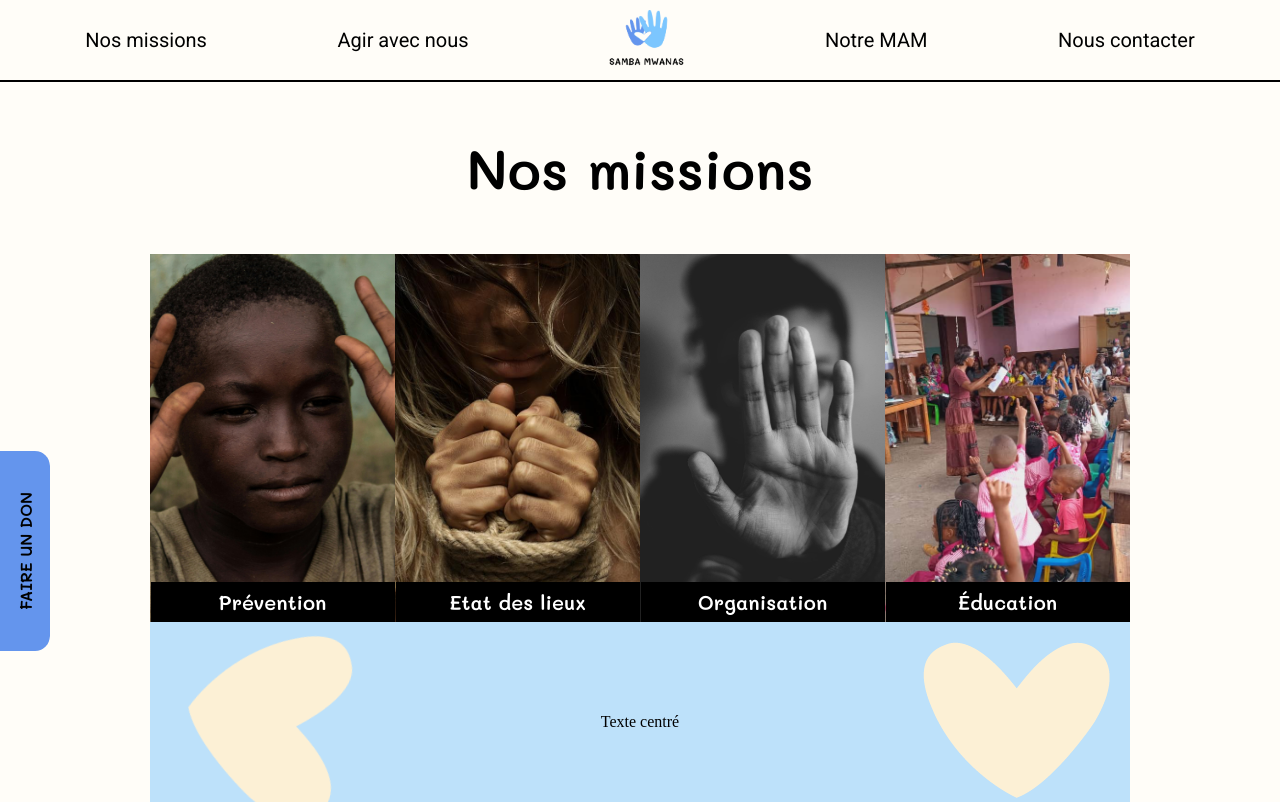
Repository: Danie-lDasilva/Samba-Mwanas
Page: Nos missions.html
These files come from the project's save history. The page is drawn as it stood at one moment and after the next save; the edit follows.
The browser window is 1280 px wide. The pictures show the part of the page from y = 0 to 802 px (the page is 1537 px tall).
A picture or video elsewhere on the page could not be fetched, so the positions and the page height are approximate.

Above is the page before, as saved 2025-03-07 09:51:18.

### Nos missions.html
<!DOCTYPE html>
<html lang="fr">
<head>
    <meta charset="UTF-8">
    <meta name="viewport" content="width=device-width, initial-scale=1.0">
    <title>Nos Missions</title>
    <link rel="preconnect" href="https://fonts.googleapis.com">
    <link rel="preconnect" href="https://fonts.gstatic.com" crossorigin>
    <link href="https://fonts.googleapis.com/css2?family=Mali:wght@600&family=Roboto:ital,wdth@0,75;1,75&display=swap" rel="stylesheet">

    <link rel="stylesheet" href="assets/css/Nos missions.css">
    <link rel="stylesheet" href="assets/css/style.css">
</head>
<body>
    <header>
        <nav>
            <ul>
                <li>
                    <a href="Nos missions.html">Nos missions</a>
                </li>
                <li>
                    <a href="Agir avec nous.html">Agir avec nous</a>
                </li>
                <li class="Logo">
                    <a href="index.html">
                        <img src="assets/img/Fichier 2.png" alt="Logo Samba Mwanas, retour à l'accueil">
                    </a>
                </li>
                <li>
                    <a href="Notre MAM.html">Notre MAM</a>
                </li>
                <li>
                    <a href="Nous contacter.html">Nous contacter</a>
                </li>
            </ul>
        </nav>
    </header>

    <main>
        <h1>
            Nos missions
        </h1>

        <div class="box1">
            <div class="image-container">
                <img src="assets/img/pexels-kingcyrusstudios-6863137.jpg" alt="Photo d'un enfant de couleur noir qui lève les mains">
                <div class="overlay">Prévention contre toutes formes de violences dirigées contre l'enfant et le jeune</div>
                <strong>
                    Prévention
                </strong>
            </div>
            <div class="image-container">
                <img src="assets/img/engin-akyurt-l1clu1ZKjSw-unsplash.jpg" alt="Photo d'une femme les points ligotés">
                <div class="overlay">Etat des lieux des abus et violences</div>
                <strong>
                    Etat des lieux
                </strong>
            </div>
            <div class="image-container">
                <img src="assets/img/nadine-e-DRzYMtae-vA-unsplash.jpg" alt="">
                <div class="overlay">Organisation de campagne de sensibilisation</div>
                <strong>
                    Organisation
                </strong>
            </div>
            <div class="image-container">
                <img src="assets/img/Leçon Enfantss.jpg" alt="Photo d'une dame qui fait une leçon aux enfants">
                <div class="overlay">Éducation préventive du jeune et de  l'enfant</div>
                <strong>
                    Éducation
                </strong>
            </div>
        </div>

        <div class="custom-box">
            <div class="side1">
                <img src="assets/img/Fichier 3.png" alt="Illustration coeur beige" class="side-image side1">
            </div>
            <p class="center-text">Texte centré</p>
            <div>
                <img src="assets/img/Fichier 3.png" alt="Illustration coeur beige" class="side-image side2">
            </div>
        </div>

        <div class="box2">
            <div class="image-container">
                <img src="assets/img/heping-EZ4dXMnhqkk-unsplash.jpg" alt="">
                <div class="overlay">Accompagnement médical et juridique des victimes </div>
                <strong>
                    Accompagnement
                </strong>
            </div>
            <div class="image-container">
                <img src="assets/img/muhammad-taha-ibrahim-FHe6qW0KX24-unsplash.jpg" alt="Photo en noir et blanc d'une enfant de couleur de peau noir">
                <div class="overlay">Suivi psychologique des victimes (consueling)</div>
                <strong>
                    Suivi
                </strong>
            </div>
            <div class="image-container">
                <img src="assets/img/nadine-e-DRzYMtae-vA-unsplash.jpg" alt="">
                <div class="overlay">Publication et plaidoyer auprès des organisations publiques et privées</div>
                <strong>
                    Publication
                </strong>
            </div>
            <div class="image-container">
                <img src="assets/img/jeffrey-riley-dsN1oZVba48-unsplash.jpg" alt="">
            </div>
        </div>

        <div id="Don" class="Don">
            <a href="https://www.helloasso.com/associations/association-samba-mwanas/formulaires/1">FAIRE UN DON</a>
        </div>
    </main>

    <footer>
        <div class="Footer">

        <div class="FooterInfos">
            <div class="Lien">
                <p class="titre">
                    Navigation
                </p>

                <nav class="InfoMarge">
                    <ul>
                        <li>
                            <a href="Nos missions.html">Nos missions</a>
                        </li>

                        <li>
                            <a href="Agir avec nous.html">Agir avec nous</a>
                        </li>

                        <li>
                            <a href="Notre MAM.html">Notre MAM</a>
                        </li>

                        <li>
                            <a href="Nous contacter.html">Nous contacter</a>
                        </li>
                    </ul>
                </nav>
            </div>

            <div class="Lien">
                <p class="titre">
                    Informations
                </p>

                <nav>
                    <ul>
                        <li>
                            <a href="Politique de confidentialité.html">Politique de confidentialité</a>
                        </li>

                        <li>
                            <a href="Plan du site.html">Plan du site</a>
                        </li>

                        <li>
                            <a href="Mentions légales.html">Mentions légales</a>
                        </li>
                    </ul>
                </nav>
            </div>
        </div>

        <div class="FooterCentre">
            <div class="FooterDon">
                <a href="https://www.helloasso.com/associations/association-samba-mwanas/formulaires/1">Faire un don</a>
            </div>

            <div class="FooterLogo">
                <img src="assets/img/LOGO_Logo principal.svg" alt="Logo Samba Mwanas, Retour à l'acceuil">
            </div>
        </div>

        <div class="FooterInfos">
            <nav class="FooterRéseaux">
                <ul>
                    <li>
                        <a href="https://www.facebook.com/Sambamwanas?locale=fr_FR">
                            <img src="assets/img/facebook.png" alt="Logo facebook, Lien vers le facebook de Samba Mwanas">
                        </a>
                    </li>

                    <li>
                        <a href="https://www.tiktok.com/@ong.samba.mwanas">
                            <img src="assets/img/instagram.png" alt="Logo instagram, Lien vers la page instagram de Samba Mwanas">
                        </a>
                    </li>

                    <li>
                        <a href="#">
                            <img src="assets/img/tik-tok.png" alt="Logo tiktok, Lien vers la page Tiktok de Samba Mwanas">
                        </a>
                    </li>
                </ul>
            </nav>

            <p>
                ong.sambamwanas@gmail.com
            </p>


            <div class="FooterContact">
                <div>
                    <img src="assets/img/france.png" alt="Drapeau de France" class="FooterDrapeau">
                </div>

                <div>
                    <p>
                        07 53 14 03 90
                    </p>

                    <p>
                        3 Rue de la Rosière, <br>
                        Bâtiment C, Appartement 9 <br>
                        33320 Eysines
                    </p>
                </div>
            </div>

            <div class="FooterContact">
                <div>
                    <img src="assets/img/gabon.png" alt="Drapeau du gabon" class="FooterDrapeau">
                </div>

                <div>
                    <p>
                        +241 07 56 07 59
                    </p>

                    <p>
                        Quartier PK12, BP 5704 Libreville, <br>
                        Gabon

                    </p>
                </div>
            </div>
        </div>

    </div>
    </footer>
</body>
</html>

### assets/css/Nos missions.css
main {
    padding-left: 150px;
    padding-right: 150px;
    margin-bottom: 80px;
}

h1 {
    font-family: "Mali", cursive;
    font-weight: 600;
    font-style: normal;
    font-size: 55px;
    text-align: center;
    margin-bottom: 50px;
    margin-top: 50px;
}

.box1, .box2 {
    display: flex;
    flex-wrap: nowrap;
    justify-content: space-between;
    margin-bottom: 0;
}

.image-container {
    position: relative;
    overflow: hidden;
    flex: 1;
}

.image-container img {
    width: 100%;
    height: 100%;
    display: block;
    object-fit: cover;
    transition: transform 0.3s ease;
}

.image-container .overlay {
    position: absolute;
    top: 0;
    left: 0;
    width: 100%;
    height: 100%;
    background-color: rgba(0, 0, 0, 0.5);
    opacity: 0;
    transition: opacity 0.3s ease;
    display: flex;
    justify-content: center;
    align-items: center;
    color: white;
    font-size: 1.5em;
    text-align: center;
    padding: 20px;
    box-sizing: border-box;
    font-family: "Roboto", sans-serif;
}

.image-container:hover img {
    transform: scale(1.1);
}

.image-container:hover .overlay {
    opacity: 1;
}

.box1 .image-container:hover strong,
.box2 .image-container:hover strong {
    display: none;
}

.box1 .image-container strong,
.box2 .image-container strong {
    position: absolute;
    bottom: 0;
    left: 50%;
    transform: translateX(-50%);
    color: white;
    background-color: rgba(0, 0, 0, 1);
    padding: 5px;
    margin: 0;
    width: calc(100% - 11px);
    height: 30px;
    display: flex;
    justify-content: center;
    align-items: center;
    font-family: "Mali", cursive;
    font-weight: 600;
    font-style: normal;
    font-size: 20px;
    text-align: center;
}

.custom-box {
    display: flex;
    align-items: center;
    justify-content: space-between;
    width: 100%;
    height: 200px;
    background-color: #BDE1FA;
    padding: 20px;
    box-sizing: border-box;
    margin-top: 0;
}

.side-image {
    height: 100%;
    width: auto;
}

.side1 {
    rotate: 50deg;
}

.center-text {
    flex: 1;
    text-align: center;
    margin: 0 20px;
}

/* Responsive */
@media (max-width: 1200px) {
    main {
        padding-left: 100px;
        padding-right: 100px;
    }
}

@media (max-width: 900px) {
    main {
        padding-left: 50px;
        padding-right: 50px;
    }
}

@media (max-width: 600px) {
    main {
        padding-left: 20px;
        padding-right: 20px;
    }
    .box1, .box2 {
        flex-wrap: wrap;
    }
    .image-container {
        flex: 0 0 100%;
        margin-bottom: 0;
        height: auto;
        padding-bottom: 75%;
    }
}

### assets/css/style.css
/* Header */
body {
    margin: 0;
    background-color: #FFFDF8;
    overflow-x: hidden;
}

header {
    height: 80px;
    display: flex;
    justify-content: space-between;
    align-items: center;
    border-bottom: 2px solid black;
    padding: 0 20px;
}

header ul {
    display: flex;
    width: 100%;
    justify-content: space-around;
    height: 100%;
    align-items: center;
    margin: 0;
    list-style: none;
    padding: 0;
}

header li {
    margin: 0 10px;
}

a {
    text-decoration: none;
    font-family: "Roboto", sans-serif;
    font-optical-sizing: auto;
    font-weight: 400;
    font-style: normal;
    font-variation-settings: "wdth" 75;
    color: black;
    font-size: 20px;
}

header a {
    text-decoration: none;
    font-family: "Roboto", sans-serif;
    font-optical-sizing: auto;
    font-weight: 400;
    font-style: normal;
    font-variation-settings: "wdth" 75;
    color: black;
    font-size: 20px;
    white-space: nowrap;
    position: relative;
    transition: color .3s ease;
    padding: 5px 10px;
}

header a:not(:has(img))::before {
    content: '';
    position: absolute;
    width: calc(100% + 10px);
    height: calc(100% + 10px);
    top: -5px;
    left: -5px;
    border-radius: 10px;
    border: 3px solid transparent;
    visibility: hidden;
    transform: scale(0);
    transition: all .3s ease-in-out;
    z-index: -1;
}

header a:not(:has(img))::after {
    content: '';
    position: absolute;
    width: calc(100% + 10px);
    height: calc(100% + 10px);
    top: -5px;
    left: -5px;
    border-radius: 10px;
    border: 3px solid transparent;
    visibility: hidden;
    z-index: 0;
}

header a:not(:has(img)):hover {
    color: #6495ED;
}

header a:not(:has(img)):hover::before,
header a:not(:has(img)):hover::after {
    visibility: visible;
    transform: scale(1);
}

header nav {
    display: flex;
    align-items: center;
    width: 100%;
}

.Logo {
    height: 60px;
    width: auto;
}

.Logo img {
    height: 100%;
    width: auto;
    overflow: hidden;
}

@media (max-width: 1024px) {
    a {
        font-size: 18px;
    }
}

/* Responsive adjustments */
@media (max-width: 768px) {
    header {
        height: auto;
        padding: 10px 20px;
    }

    header ul {
        flex-wrap: wrap;
        justify-content: space-between;
    }

    header li {
        margin: 0 5px;
    }

    a {
        font-size: 14px;
        padding: 5px 10px;
    }

    .Logo {
        height: 40px;
    }

    .Logo img {
        height: 100%;
        width: auto;
    }
}

/* Landing page */
.Landing {
    position: relative;
    height: calc(100vh - 80px);
    overflow: hidden;
    display: flex;
    justify-content: center;
    align-items: center;
    text-align: center;
}

.Landing::before {
    content: "";
    position: absolute;
    top: 0;
    left: 0;
    width: 100%;
    height: 100%;
    background-color: rgba(0, 0, 0, 0.5); /* Fond noir avec opacité */
    z-index: 1;
}

.Landing picture,
.Landing img {
    position: absolute;
    top: 0;
    left: 0;
    width: 100%;
    height: 100%;
    object-fit: cover;
    z-index: 0;
}

.Landing h1 {
    position: relative;
    color: white;
    z-index: 2; /* Assurez-vous que le texte est au-dessus du fond noir */
    padding: 20px;
    border-radius: 10px;
    font-family: "Mali", cursive;
    font-weight: 600;
    font-style: normal;
    font-size: 4em;
    line-height: 1.2;
}

.Landing h1 span {
    font-size: 0.5em;
    line-height: 1.2;
}

@media (max-width: 768px) {
    .Landing h1 {
        font-size: 1.5em;
        line-height: 1.2;
    }

    .Landing h1 span {
        font-size: 0.9em;
        line-height: 1.2;
    }
}

/* Infos */
.Infos p {
    margin-bottom: 0;
}

h2 {
    font-family: "Mali", cursive;
    font-weight: 600;
    font-style: normal;
    margin-top: 0;
}

.Infos article {
    padding-left: 150px;
    padding-right: 150px;
}

.Texte {
    width: 60%;
    font-family: "Roboto", sans-serif;
}

.Illu {
    width: 30%;
}

.Illustrations {
    width: 100%;
    height: auto;
    overflow: hidden;
}

.Illustrations img {
    width: 90%;
    height: auto;
}

/* Qui sommes nous? */
.Art1 {
    background-color: rgb(124 198 254 / 50%);
    height: auto;
    min-height: 350px;
    padding-top: 20px;
    padding-bottom: 20px;
    display: flex;
    justify-content: space-between;
    align-items: center;
}

.ArtCoeur1 {
    width: 60px;
    rotate: 10deg;
    height: auto;
    position: relative;
    left: 95%;
}

.ArtCoeur1 img {
    width: 100%;
    height: auto;
}

/* Notre histoire */
.Art2 {
    padding-top: 20px;
    padding-bottom: 20px;
    height: auto;
    min-height: 350px;
    display: flex;
    justify-content: space-between;
    align-items: center;
}

.Illu {
    display: flex;
    flex-direction: column;
}

.ArtCoeur2 {
    width: 20%;
}

.ArtCoeur2 img {
    width: 74px;
    height: auto;
}

.Livre {
    position: relative;
    left: 15%;
}

/* Nos Missions */
.Art3 {
    background-color: rgb(162 190 241);
    padding-bottom: 20px;
    padding-top: 20px;
    height: auto;
    min-height: 350px;
    display: flex;
    justify-content: space-between;
    align-items: center;
}

.HR1 {
    width: 40%;
    height: 3px;
    border: none;
    margin-top: 20px;
    background-color: rgb(124 198 254 / 50%);
}

.HR2 {
    width: 40%;
    height: 3px;
    border: none;
    margin-bottom: 20px;
    background-color: rgb(162 190 241);
}

/* Faire un don */
.Don {
    background-color: #6495ED;
    width: 200px;
    height: 50px;
    justify-content: center;
    border-radius: 0 0 15px 15px;
    display: flex;
    align-items: center;
    position: fixed;
    bottom: 20%;
    left: 0;
    z-index: 5;
    transform: rotate(270deg) translateY(-75px);
    transition: all .3s ease;
}

.Don a {
    display: flex;
    justify-content: center;
    align-items: center;
    width: 100%;
    height: 100%;
    color: black;
    text-decoration: none;
    font-family: "Mali", cursive;
    font-weight: 600;
    font-size: 16px;
}

.Don:hover {
    height: 80px;
    background-color: #0056b3;
    box-shadow: 0 5px 8px rgba(0, 0, 0, .4);
    transform: rotate(270deg) translateY(-60px) translateX(-15px);
}

.Don:hover a {
    color: white;
}

/* Notre équipe */
.NotreEquipe {
    display: flex;
    justify-content: center;
    align-items: center;
    flex-direction: column;
    margin-top: 50px;
}

.NotreEquipe h2 {
    font-size: 40px;
    margin-bottom: 20px;
}

.Ligne {
    display: flex;
    flex-wrap: wrap;
    justify-content: space-between;
    padding-left: 150px;
    padding-right: 150px;
    margin-bottom: 50px;
}

.Photo {
    width: 200px;
    height: 200px;
    border-radius: 50%;
    overflow: hidden;
    display: flex;
    align-items: center;
    justify-content: center;
    margin-bottom: 15px;
}

.Photo img {
    width: 100%;
    height: auto;
}

.Personne {
    display: flex;
    flex-direction: column;
    align-items: center;
    margin-bottom: 70px;
    width: 23%;
}

.Personne strong {
    font-family: "Mali", cursive;
    font-weight: 600;
    font-style: normal;
    font-size: 20px;
    margin-bottom: 10px;
}

.Personne p {
    font-family: "Roboto", sans-serif;
    font-optical-sizing: auto;
    font-weight: 400;
    font-style: normal;
    font-variation-settings: "wdth" 75;
    margin-top: 10px;
    margin-bottom: 10px;
}

/* Footer */
footer {
    border-top: 2px solid black;
}

footer p {
    font-family: "Roboto", sans-serif;
    font-optical-sizing: auto;
    font-weight: 400;
    font-style: normal;
    font-variation-settings: "wdth" 75;
    font-size: 15px;
}

.Footer {
    display: flex;
    justify-content: space-between;
    margin-left: 150px;
    margin-right: 150px;
    margin-top: 50px;
}

.FooterCentre {
    width: 50%;
    height: 100%;
    display: flex;
    flex-direction: column;
    align-items: center;
}

.FooterInfos {
    width: 20%;
    height: auto;
}

.Lien li {
    list-style: none;
    margin-bottom: 10px;
}

.InfoMarge {
    margin-bottom: 100px;
}

.Lien ul {
    padding-left: 0;
}

.Lien a {
    text-decoration: none;
    font-family: "Roboto", sans-serif;
    font-optical-sizing: auto;
    font-weight: 400;
    font-style: normal;
    font-size: 15px;
    font-variation-settings: "wdth" 75;
    color: black;
}

.titre {
    font-family: "Mali", cursive;
    font-weight: 600;
    font-style: normal;
    margin-top: 0;
}

.FooterDon {
    display: flex;
    justify-content: center;
    align-items: center;
    height: 70px;
    width: 100%;
}

.FooterDon a {
    font-family: "Mali", cursive;
    font-weight: 600;
    font-style: normal;
    justify-content: center;
    display: flex;
    align-items: center;
    height: 100%;
    width: 100%;
    background-color: #A2BEF0;
}

.FooterDon:hover {
    box-shadow: 0 5px 8px rgba(0, 0, 0, .4);
}

.FooterDon:hover a {
    color: white;
    background-color: #0056b3;
}

.FooterLogo {
    height: auto;
    width: 55%;
}

.FooterDrapeau {
    height: 30px;
    width: auto;
    padding-top: 10px;
}

.FooterContact {
    display: flex;
    align-items: center;
}

.FooterContact p {
    margin-left: 10px;
}

.FooterRéseaux {
    margin-bottom: 60px;
}

.FooterRéseaux img {
    width: 50px;
    height: auto;
}

.FooterRéseaux ul {
    display: flex;
    width: 100%;
    padding-left: 0;
    margin-top: 0;
    justify-content: space-between;
}

.FooterRéseaux li {
    width: 25%;
    height: auto;
    overflow: hidden;
}

/* Responsive adjustments */
@media (max-width: 1024px) {
    header ul {
        flex-direction: row;
        flex-wrap: wrap;
        height: auto;
    }

    header li {
        width: auto;
        justify-content: flex-start;
        padding: 10px 0;
    }

    header nav {
        width: auto;
    }

    .Infos article {
        padding-left: 50px;
        padding-right: 50px;
    }

    .Ligne {
        padding-left: 50px;
        padding-right: 50px;
    }

    .Photo {
        width: 150px;
        height: 150px;
    }

    .Personne {
        margin-bottom: 50px;
    }

    .Footer {
        flex-direction: column;
        margin-left: 50px;
        margin-right: 50px;
    }

    .FooterCentre,
    .FooterInfos {
        width: 100%;
    }

    .FooterDon {
        height: 50px;
    }
}

@media (max-width: 768px) {
    header {
        height: auto;
        padding: 10px 20px;
    }

    header ul {
        flex-wrap: wrap;
        justify-content: space-between;
    }

    header li {
        margin: 0 5px;
    }

    a {
        font-size: 14px;
        padding: 5px 10px;
    }

    .Logo {
        height: 40px;
    }

    .Logo img {
        height: 100%;
        width: auto;
    }

    .Landing h1 {
        font-size: 1.5em;
        line-height: 1.2;
    }

    .Landing h1 span {
        font-size: .9em;
        line-height: 1.2;
    }

    .Infos article {
        padding-left: 20px;
        padding-right: 20px;
    }

    .Ligne {
        padding-left: 20px;
        padding-right: 20px;
    }

    .Personne {
        width: 48%;
        margin-bottom: 30px;
    }

    .Photo {
        width: 120px;
        height: 120px;
    }

    .Footer {
        flex-direction: column;
        margin-left: 20px;
        margin-right: 20px;
    }

    .FooterInfos:first-of-type {
        width: 100%;
        display: flex;
        justify-content: space-around;
    }

    .FooterDon {
        height: 40px;
    }

    h1 {
        font-size: 2em;
    }

    h2 {
        font-size: 1.5em;
    }

    h3 {
        font-size: 1.2em;
    }

    p,
    a {
        font-size: .9em;
    }

    .ArtCoeur1 {
        position: static;
        margin: 0 60%;
        transform: rotate(0deg);
    }

    .FooterRéseaux ul {
        justify-content: space-around;
        margin-left: 100px;
        margin-right: 100px;
    }

    .FooterRéseaux li {
        display: flex;
        justify-content: center;
    }

    .FooterRéseaux img {
        width: 30px;
        height: auto;
    }

    .FooterContact {
        flex-direction: column;
        align-items: center;
        margin-top: 20px;
    }

    .FooterContact p {
        margin: 10px 0;
    }

    .FooterCentre {
        flex-direction: column;
        justify-content: center;
    }

    .FooterInfos:not(:first-of-type) {
        flex-direction: column;
        justify-content: center;
    }

    .Footer {
        display: flex;
        flex-direction: column;
        align-items: center;
    }

    .FooterRéseaux,
    .FooterContact,
    .FooterInfos:not(:first-of-type) {
        width: 100%;
        display: flex;
        justify-content: center;
        align-items: center;
    }

    .FooterContact p {
        margin: 10px 0;
    }
}

After the next save:
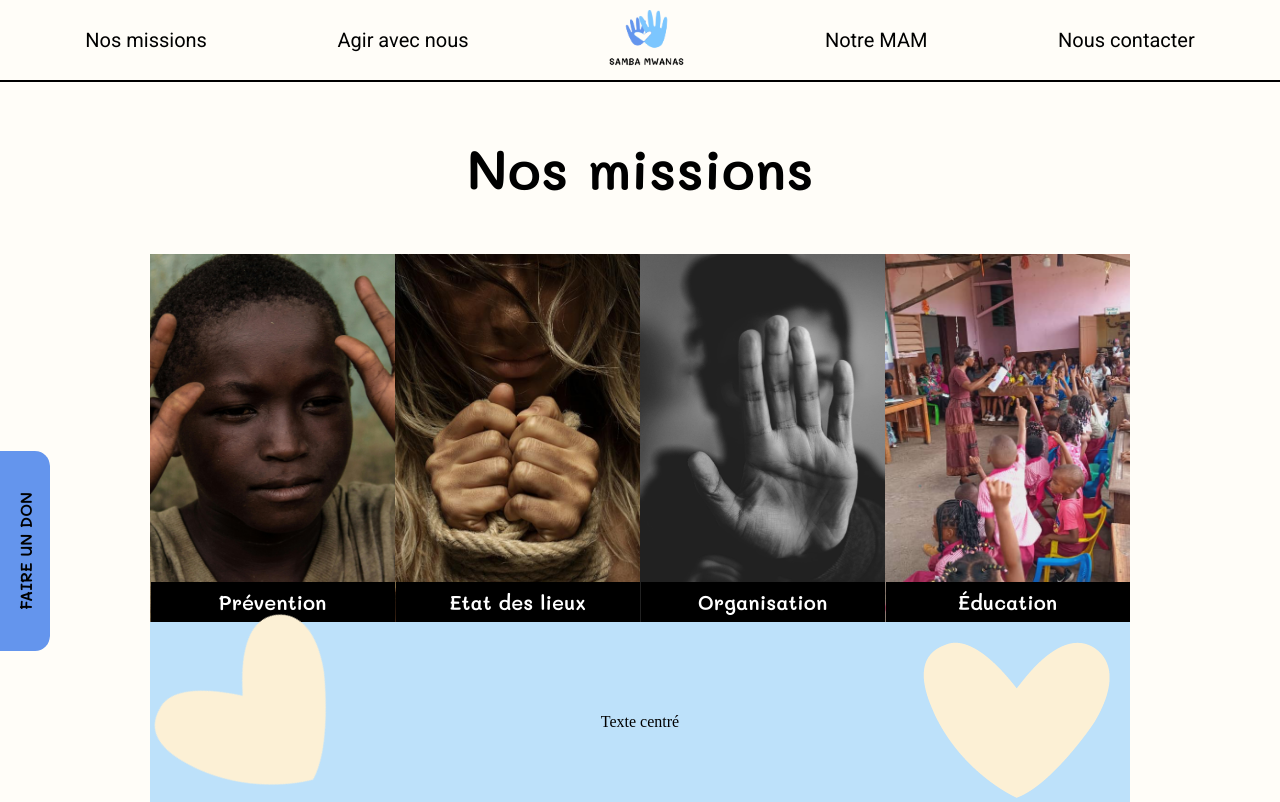
Saved 9 s later.
--- a/assets/css/Nos missions.css
+++ b/assets/css/Nos missions.css
@@ -108,7 +108,7 @@
 }
 
 .side1 {
-    rotate: 50deg;
+    rotate: -20deg;
 }
 
 .center-text {
